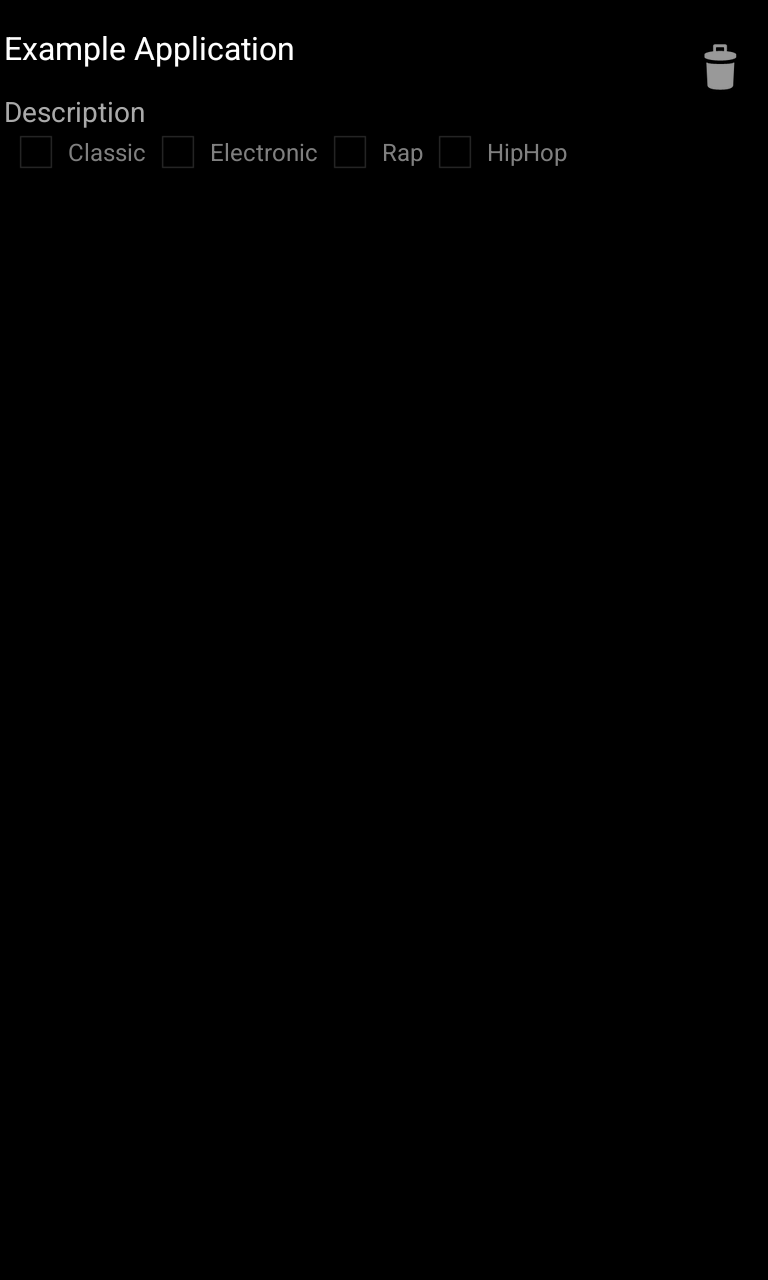
Repository: ohadsch/AwesomePlaylists
Layout: AwesomePlaylists/res/layout/library_row_layout.xml
An editor plug-in stored every save of this project. The layout is shown before and after the next save, followed by the edit.
It is drawn on a 768 x 1280 px phone screen (xhdpi) without system bars, with theme AppTheme; the app's code is not run.

Above is the layout before, as saved 2014-05-03 14:10:50.

After the next save:
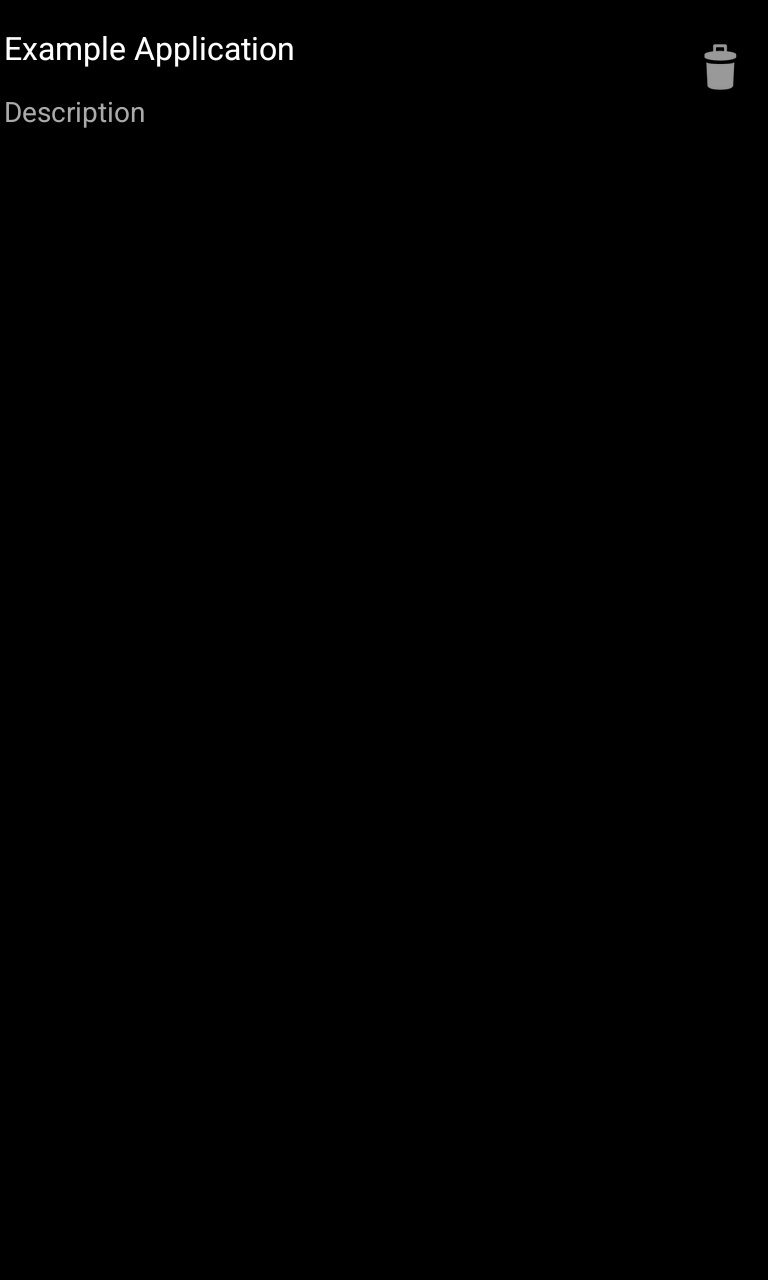
Saved 34 s later.
--- a/AwesomePlaylists/res/layout/library_row_layout.xml
+++ b/AwesomePlaylists/res/layout/library_row_layout.xml
@@ -66,7 +66,7 @@
         android:layout_height="wrap_content"
         android:orientation="horizontal"
         android:layout_below="@id/library_row"
-        android:visibility="false">
+        android:visibility="gone">
 
         <CheckBox
             android:id="@+id/library_check_classic"
